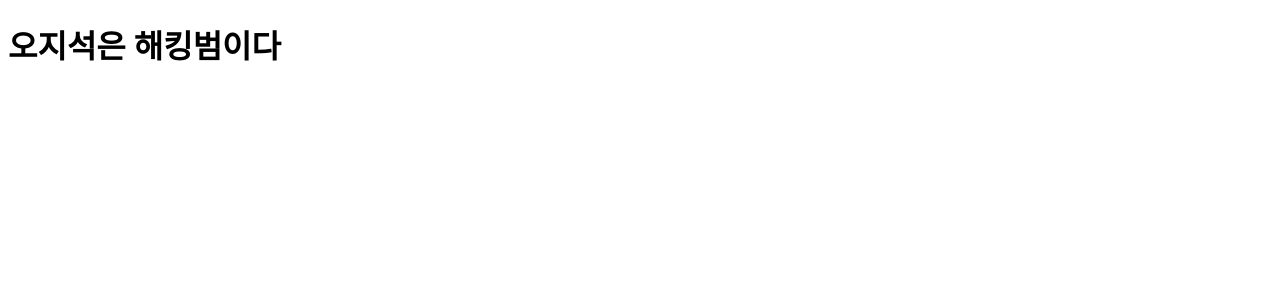
Repository: pencil-HB/SSAFY_Backend
Page: basic_servlet/src/main/webapp/my.html
These files come from the project's save history. The page is drawn as it stood at one moment and after the next save; the edit follows.
The browser window is 1280 px wide. The pictures show the whole page.

Above is the page before, as saved 2024-09-23 01:09:48.

After the next save:
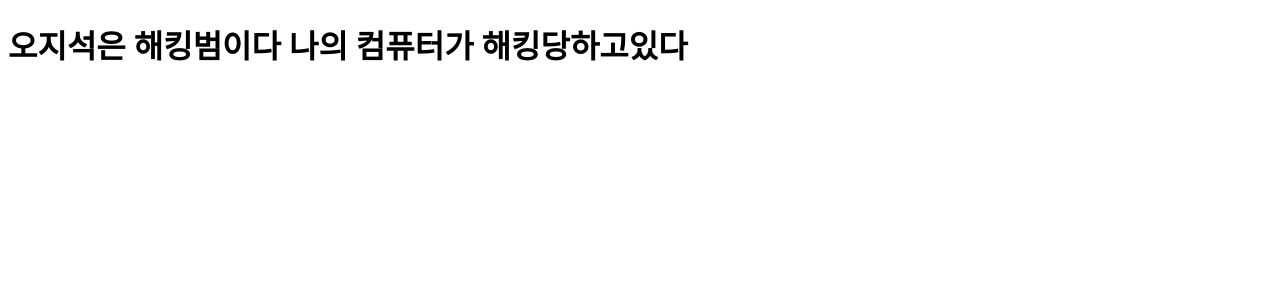
Saved 22 s later.
--- a/basic_servlet/src/main/webapp/my.html
+++ b/basic_servlet/src/main/webapp/my.html
@@ -5,6 +5,6 @@
 <title>Insert title here</title>
 </head>
 <body>
-<h1>오지석은 해킹범이다</h1>
+<h1>오지석은 해킹범이다 나의 컴퓨터가 해킹당하고있다</h1>
 </body>
 </html>
